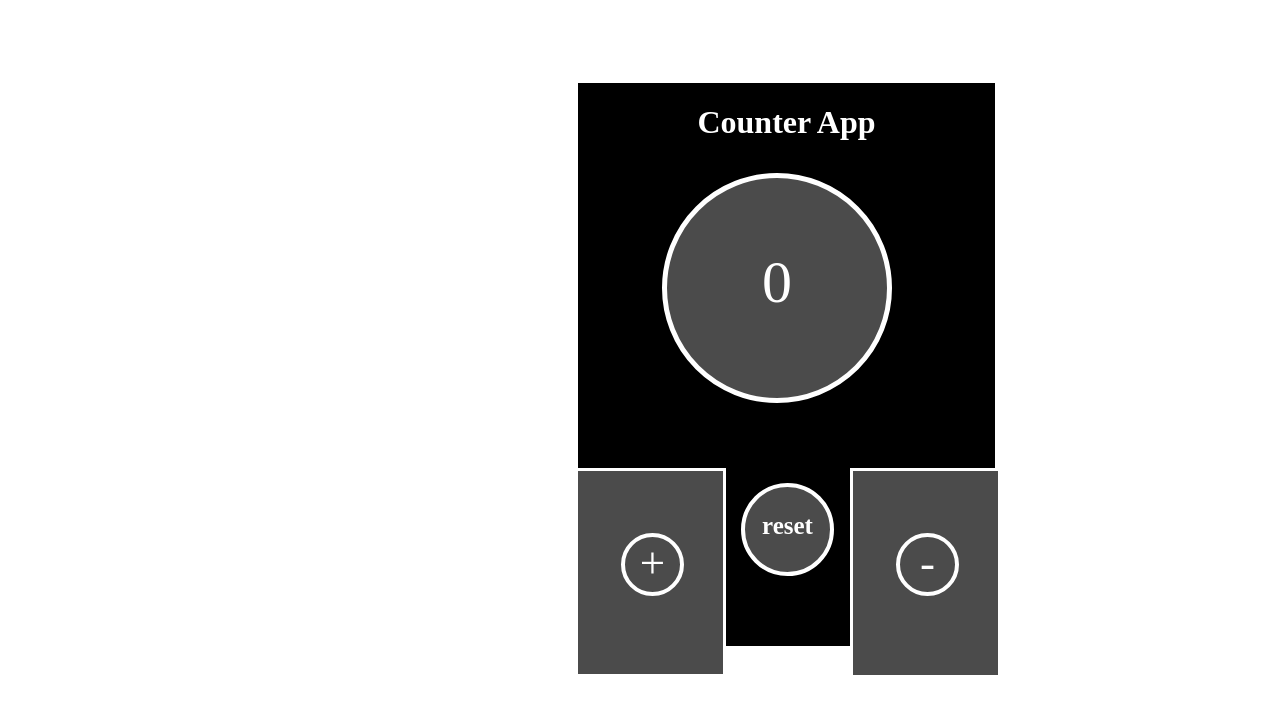
Repository: sara55m/Counter_App
Page: index.html
An editor plug-in stored every save of this project. The page is shown before and after the next save, followed by the edit.
The browser window is 1280 px wide. The pictures show the whole page.

Above is the page before, as saved 2024-08-01 03:59:56.

### index.html
<!DOCTYPE html>
<html lang="en">
<head>
    <meta charset="UTF-8">
    <meta name="viewport" content="width=device-width, initial-scale=1.0">
    <title>Document</title>
    <link rel="stylesheet" href="css/style.css">
</head>
<body>
    <div class="container">
        <h1>Counter App</h1>
        <div class="main" id="main"><p class="one" id="one"></p></div>
        <div class="increase" id="increase" onclick="increase()"><div class="increase2">+</div></div>
        <div class="decrease" id="decrease" onclick="decrease()"><div class="decrease2">-</div></div>
        <div class="reset" onclick="reset_1()"><p class="third">reset</p></div>
    </div>
    <script src="js/script.js"></script>
</body>
</html>

### css/style.css
.container{
    position: absolute;
    top:80px;
    left:575px;
    height:563px;
    width:417px;
    background-color: black;
    border:3px solid white;
}
h1{
    text-align: center;
    color:white;
    margin-bottom: 10px;
}
p.one{
    text-align: center;
    font-size: 60px;

}

.main{
    position:absolute;
    top:90px;
    left:84px;
    height:200px;
    width:200px;
    border:5px solid white;
    background-color:#4b4b4b;
    font-size: 50px;
    padding:10px;
    color:white;
    border-radius:50%;


}

.increase{
    position:absolute;
    top:385px;
    left:0px;
    height:203px;
    width:145px;
    background-color:#4b4b4b;
    border-top:3px solid white;
    border-right: 3px solid white;

}

.increase .increase2{
    position:absolute;
    top:62px;
    left:43px;
    height:55px;
    width:55px;
    border-radius: 50%;
    border:4px solid white;
    background-color:#4b4b4b;
    text-align: center;
    font-size: 45px;
    color:white;
}

.decrease{
    position:absolute;
    top:385px;
    left:272px;
    background-color:#4b4b4b;
    height:204px;
    width:145px;
    border-top:3px solid white;
    border-left: 3px solid white;

}
.decrease .decrease2{
    position:absolute;
    top:62px;
    left:43px;
    height:55px;
    width:55px;
    border-radius: 50%;
    border:4px solid white;
    background-color:#4b4b4b;
    text-align: center;
    font-size: 45px;
    color:white;
}

.reset{
    position:absolute;
    top:400px;
    left:163px;
    height:85px;
    width:85px;
    border-radius: 50%;
    background-color:#4b4b4b;
    font-weight: bolder;
    border:4px solid white;

}

p.third{
    font-size: 25px;
    text-align: center;
    color:white;
}

### js/script.js
let count=0;
document.getElementById("one").innerHTML=count;
function increase(){
    count+=1;
    document.getElementById("one").innerHTML=count;
}

function reset_1(){
    count=0;
    document.getElementById("one").innerHTML=count;
}

count=0;
document.getElementById("one").innerHTML=count;
function decrease(){
    count-=1;
    document.getElementById("one").innerHTML=count;

}

After the next save:
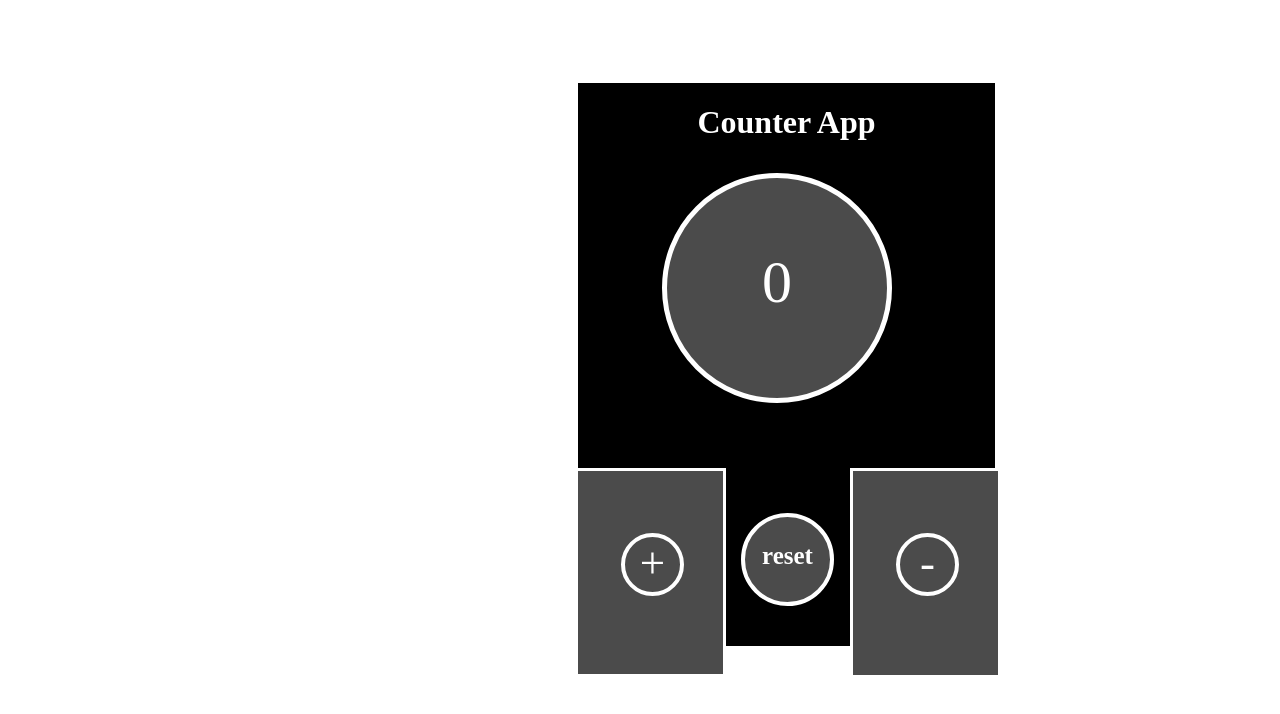
Saved 28 s later.
--- a/css/style.css
+++ b/css/style.css
@@ -87,7 +87,7 @@ p.one{
 
 .reset{
     position:absolute;
-    top:400px;
+    top:430px;
     left:163px;
     height:85px;
     width:85px;
